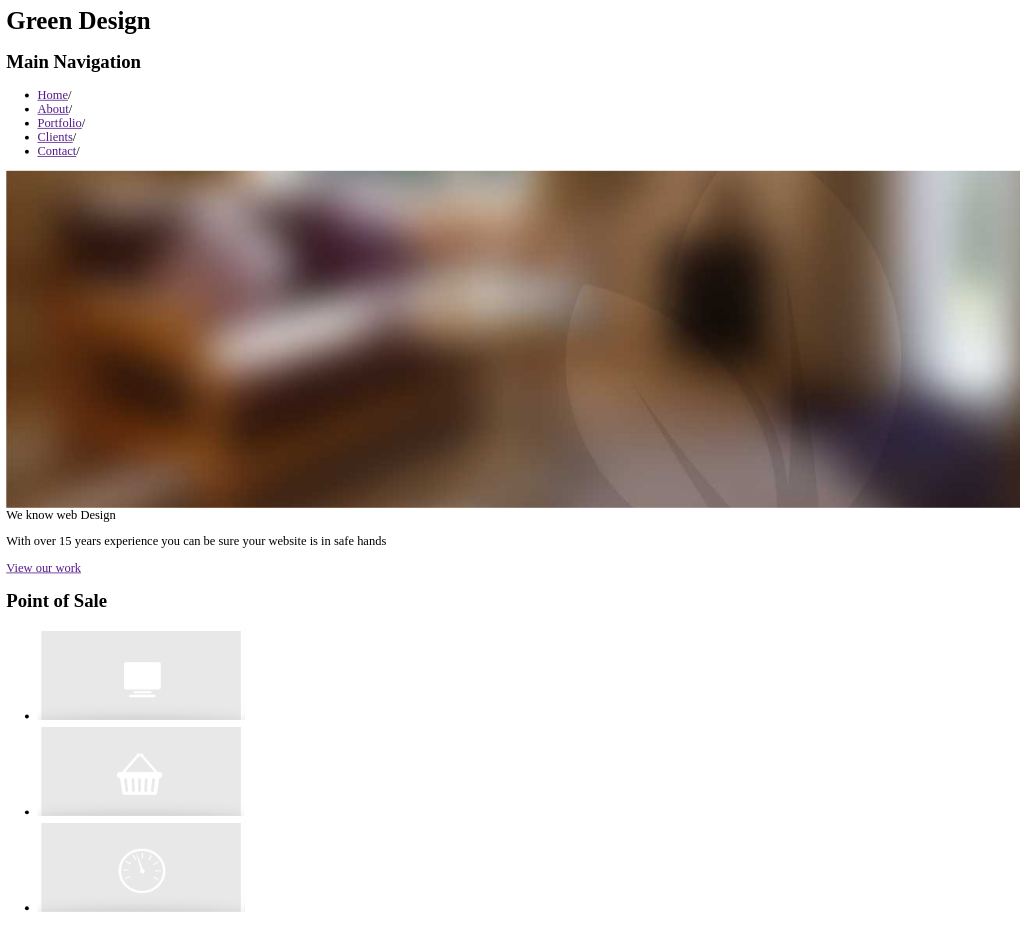
Repository: Piterwk1/psd-to-html
Page: website/index.html
These files come from the project's save history. The page is drawn as it stood at one moment and after the next save; the edit follows.
The browser window is 1280 px wide. The page is 1308 px wide, so the pictures cover 1308 px, including what lies to the right of the window. The pictures show the whole page, at 78% of full size.

Above is the page before, as saved 2021-09-13 20:00:19.

After the next save:
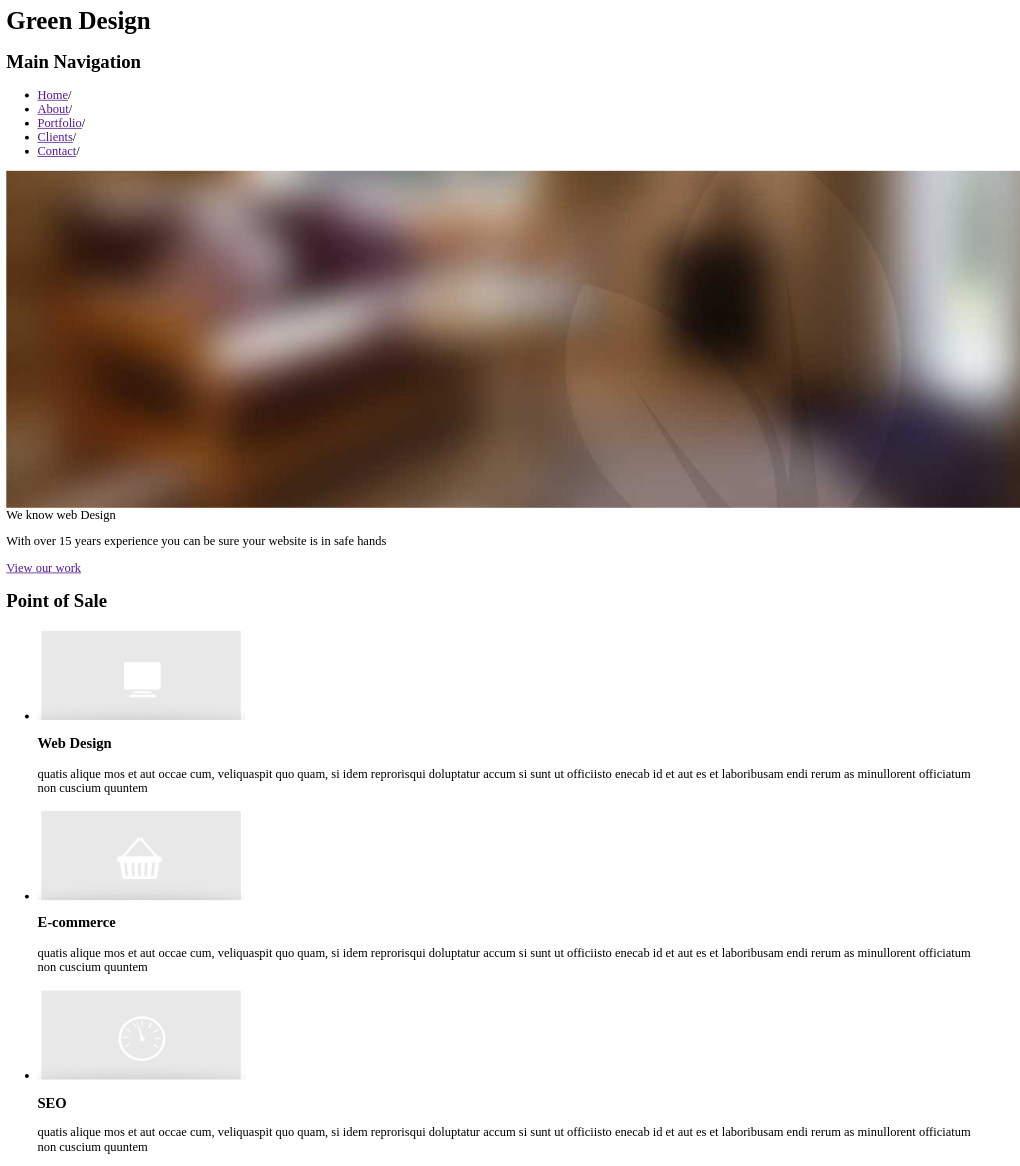
Saved 5 min 45 s later.
--- a/website/index.html
+++ b/website/index.html
@@ -39,12 +39,24 @@
             <ul>
                 <li>
                     <img src="images/cs1.png" alt="Web Design">
+                    <h3>Web Design</h3>
+                    <p>quatis alique mos et aut occae cum, veliquaspit quo quam, si idem reprorisqui doluptatur accum si
+                        sunt ut officiisto enecab id et aut es et laboribusam endi rerum as minullorent officiatum non
+                        cuscium quuntem</p>
                 </li>
                 <li>
                     <img src="images/cs2.png" alt="E-commerce">
+                    <h3>E-commerce</h3>
+                    <p>quatis alique mos et aut occae cum, veliquaspit quo quam, si idem reprorisqui doluptatur accum si
+                        sunt ut officiisto enecab id et aut es et laboribusam endi rerum as minullorent officiatum non
+                        cuscium quuntem</p>
                 </li>
                 <li>
                     <img src="images/cs3.png" alt="SEO">
+                    <h3>SEO</h3>
+                    <p>quatis alique mos et aut occae cum, veliquaspit quo quam, si idem reprorisqui doluptatur accum si
+                        sunt ut officiisto enecab id et aut es et laboribusam endi rerum as minullorent officiatum non
+                        cuscium quuntem</p>
                 </li>
             </ul>
         </section>
